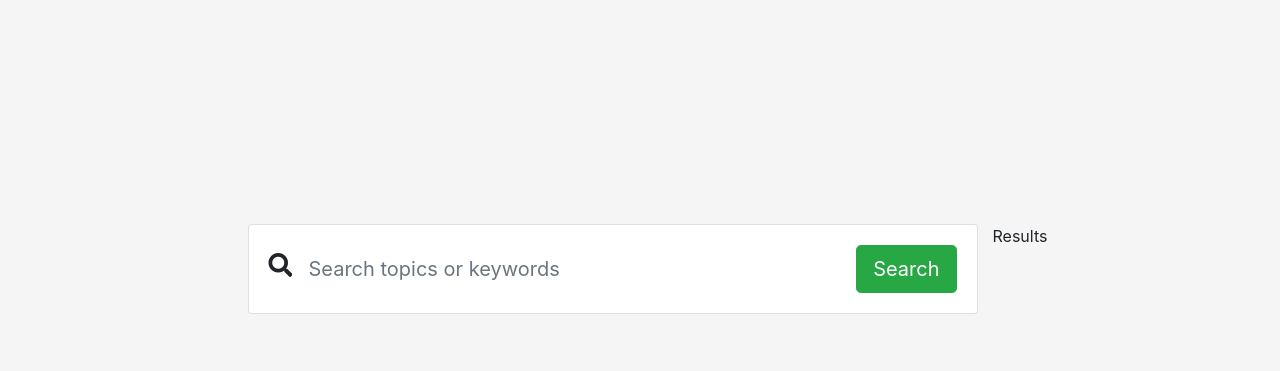
Repository: roistyx/ask-ChatGBT-travel-recommendations
Page: Backend/src/views/search.html
These files come from the project's save history. The page is drawn as it stood at one moment and after the next save; the edit follows.
The browser window is 1280 px wide. The pictures show the whole page.
Some web libraries are served in a nearby version.

Above is the page before, as saved 2023-03-20 12:23:48.
Console error: TypeError: Cannot read properties of undefined (reading 'fn')

### Backend/src/views/search.html
<!DOCTYPE html>
<html>
<head>
<link href="//maxcdn.bootstrapcdn.com/bootstrap/4.1.1/css/bootstrap.min.css" rel="stylesheet" id="bootstrap-css">
<script src="//maxcdn.bootstrapcdn.com/bootstrap/4.1.1/js/bootstrap.min.js"></script>
<script src="//cdnjs.cloudflare.com/ajax/libs/jquery/3.2.1/jquery.min.js"></script>
<link rel="stylesheet" href="https://use.fontawesome.com/releases/v5.1.0/css/all.css"
    integrity="sha384-lKuwvrZot6UHsBSfcMvOkWwlCMgc0TaWr+30HWe3a4ltaBwTZhyTEggF5tJv8tbt" crossorigin="anonymous">

  <link rel="stylesheet" href="search.css">

</head>
<body>

    <div class="container">
        <br />
        <div class="row justify-content-center">
            <div class="col-12 col-md-10 col-lg-8">
                <form class="card card-sm">
                    <div class="card-body row no-gutters align-items-center">
                        <div class="col-auto">
                            <i class="fas fa-search h4 text-body"></i>
                        </div>
                        <!--end of col-->
                        <div class="col">
                            <input class="form-control form-control-lg form-control-borderless" type="search"
                                placeholder="Search topics or keywords">
                        </div>
                        <!--end of col-->
                        <div class="col-auto">
                            <button class="btn btn-lg btn-success" type="submit">Search</button>
                        </div>
                        <!--end of col-->
                        <link rel="stylesheet" href="https://use.fontawesome.com/releases/v5.1.0/css/all.css"
                            integrity="sha384-lKuwvrZot6UHsBSfcMvOkWwlCMgc0TaWr+30HWe3a4ltaBwTZhyTEggF5tJv8tbt"
                            crossorigin="anonymous">
                    </div>
                </form>
            </div>
            <div>Results</div>
        </div>
    </div>

</body>
</html>

### Backend/src/views/search.css
* {
	margin: 0;
	padding: 0;
}

body {
	background-color: #f5f5f5;
	padding-top: 200px;
}

.form-control-borderless {
	border: none;
}

.form-control-borderless:hover,
.form-control-borderless:active,
.form-control-borderless:focus {
	border: none;
	outline: none;
	box-shadow: none;
}

After the next save:
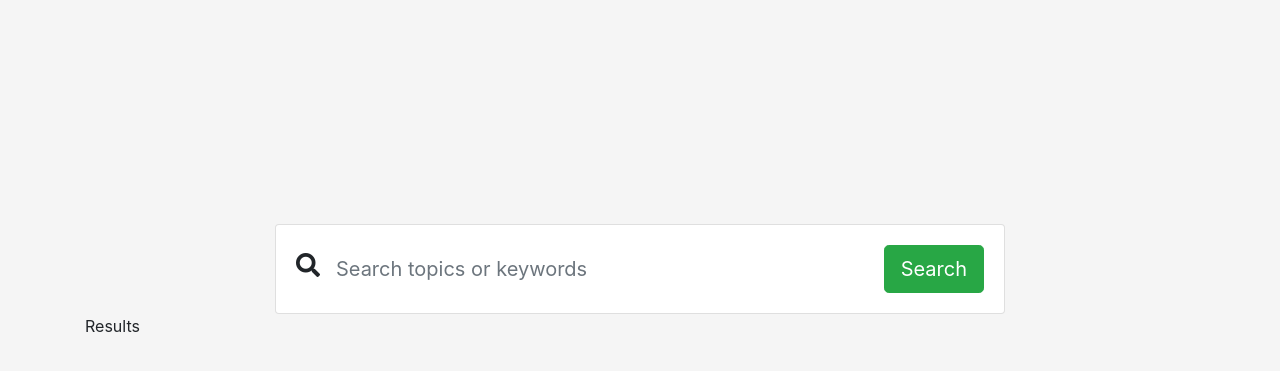
Saved 17 s later.
--- a/Backend/src/views/search.html
+++ b/Backend/src/views/search.html
@@ -37,9 +37,10 @@
                     </div>
                 </form>
             </div>
-            <div>Results</div>
+
         </div>
     </div>
+    <div class="container">Results</div>
 
 </body>
 </html>
